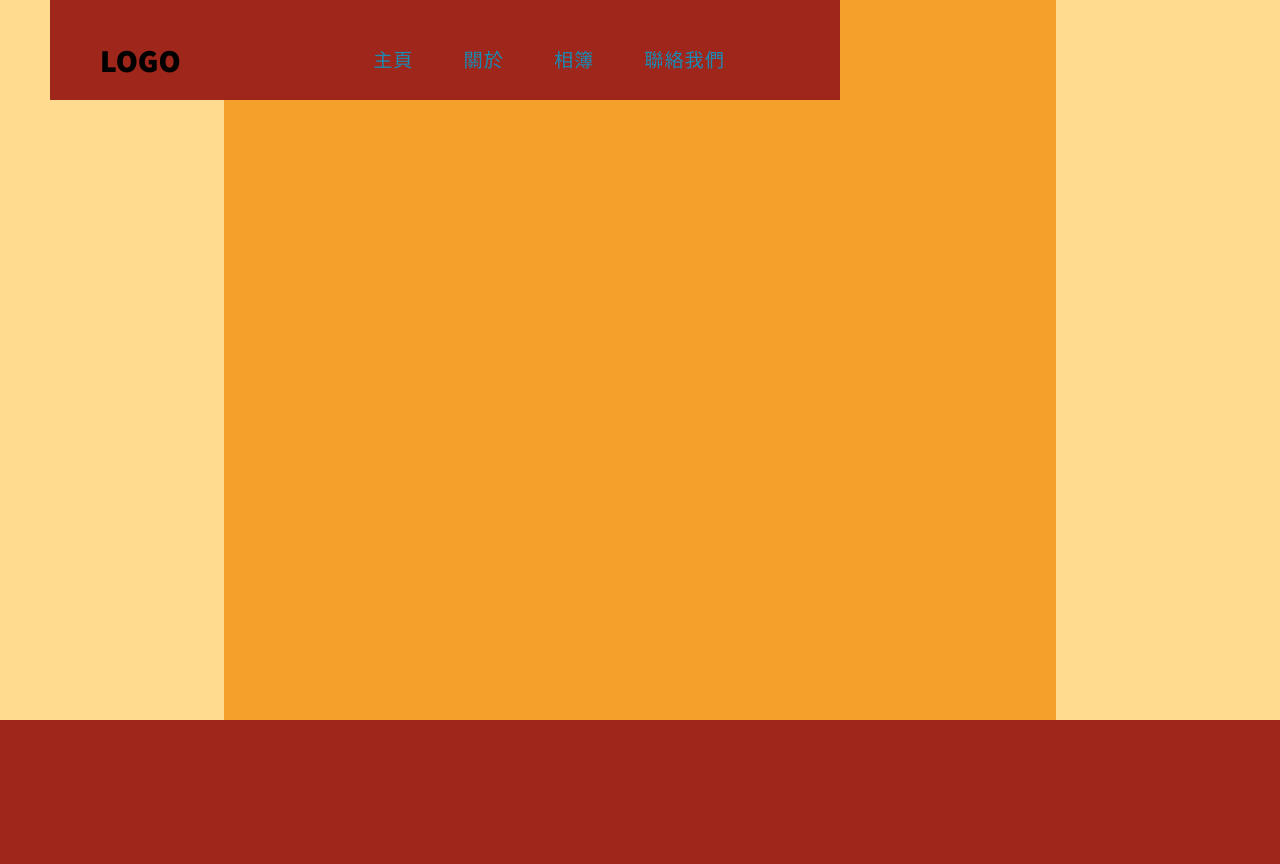
Repository: KevinYu0515/guanghui-food-website
Page: /
The author's editor kept a copy of each file at every save. The page is drawn from the files as they stood at one save, then again after a run of saves.
The browser window is 1280 px wide. The pictures show the whole page.
The project was rebuilt for these pictures with package versions that can differ from the ones it lists, and the page was loaded fresh each time. Also part of the build but not shown: vue.config.js.

Above is the page before, as saved 2022-03-17 14:50:15.

After the next 4 saves:
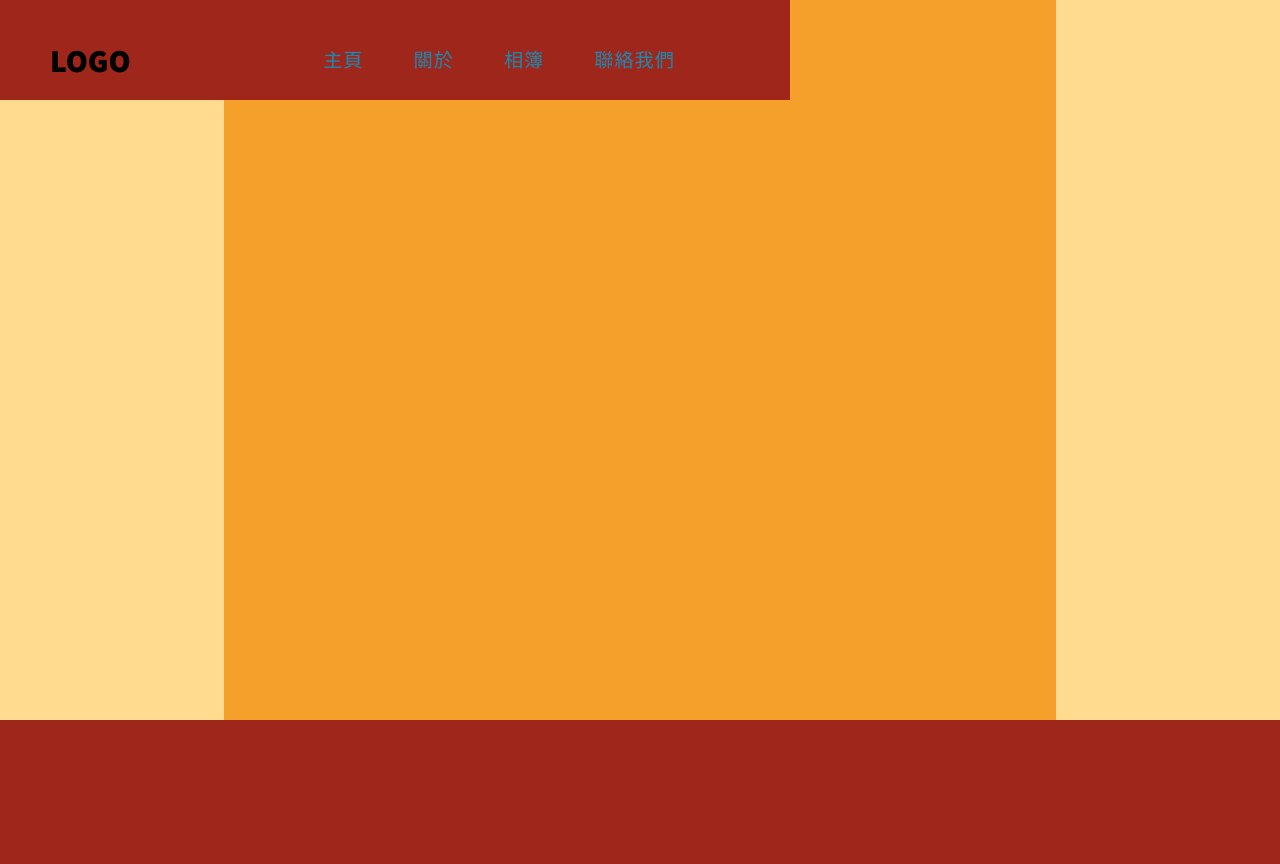
The 4 saves are shown as one change because they came seconds apart.
The last was saved 27 s later.
--- a/src/assets/scss/navbar.scss
+++ b/src/assets/scss/navbar.scss
@@ -8,7 +8,7 @@
     display: flex;
     justify-content: space-between;
     align-items: center;
-    margin: 0 50px 0 50px;
+    margin: 0 auto 0 auto;
     background: #9E261B;
     .logo{
       color:rgb(0, 0, 0);
